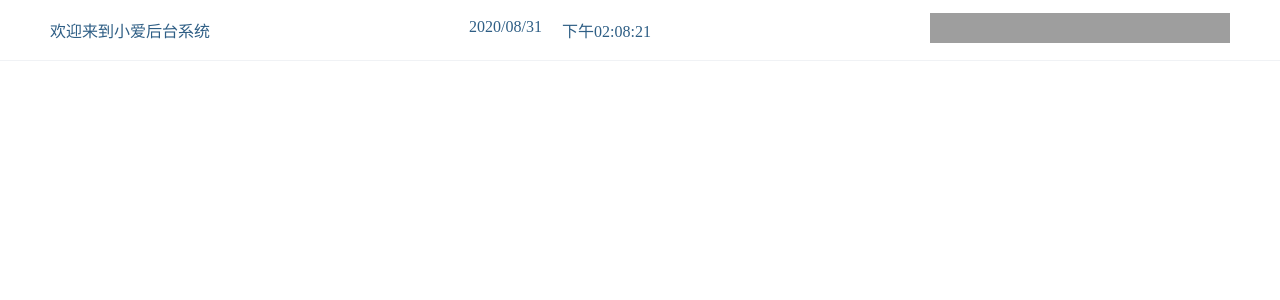
Repository: ZHANG-0714/backstage
Page: /
The author's editor kept a copy of each file at every save. The page is drawn from the files as they stood at one save, then again after the next save.
The browser window is 1280 px wide. The pictures show the whole page.
Pictures or frames that could not be fetched are drawn as grey boxes. The project was rebuilt for these pictures with package versions that can differ from the ones it lists, and the page was loaded fresh each time. Also part of the build but not shown: vue.config.js, src/views/Home.vue.

Above is the page before, as saved 2020-08-31 16:45:43.

After the next save:
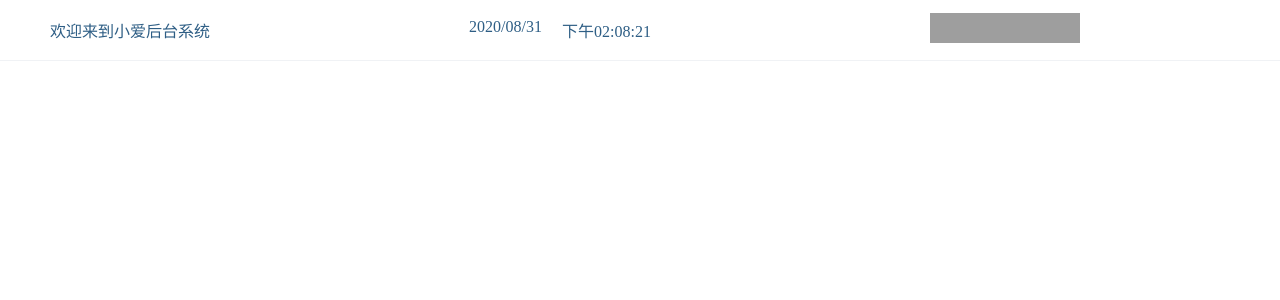
Saved 18 s later.
--- a/src/components/public/headTop.vue
+++ b/src/components/public/headTop.vue
@@ -13,7 +13,7 @@
         scrolling="no"
         src="https://tianqiapi.com/api.php?style=tz&skin=pitaya"
         frameborder="0"
-        width="100%"
+        width="50%"
         height="30"
         allowtransparency="true"
       ></iframe>

After the save that followed:
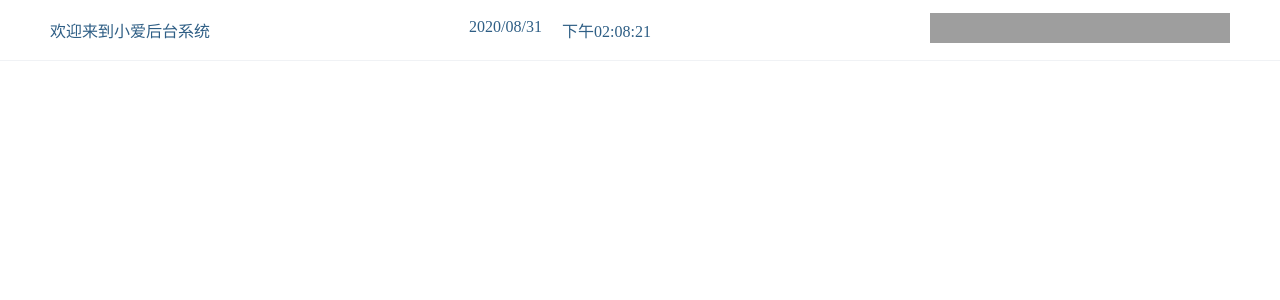
Saved 17 s later.
--- a/src/components/public/headTop.vue
+++ b/src/components/public/headTop.vue
@@ -13,7 +13,6 @@
         scrolling="no"
         src="https://tianqiapi.com/api.php?style=tz&skin=pitaya"
         frameborder="0"
-        width="50%"
         height="30"
         allowtransparency="true"
       ></iframe>
